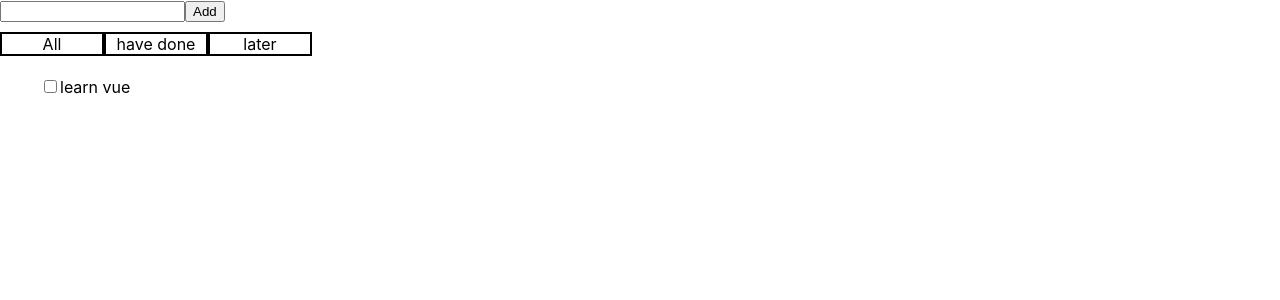
Repository: yurensmile/todolist
Page: /
These files come from the project's save history. The page is drawn as it stood at one moment and after the next save; the edit follows.
The browser window is 1280 px wide. The pictures show the whole page.
The project was rebuilt for these pictures with package versions that can differ from the ones it lists, and the page was loaded fresh each time.

Above is the page before, as saved 2019-03-18 16:02:18.

### src/App.js
import React, { Component } from 'react';
import './App.css';

class App extends Component {

  constructor(){
    super();
    this.state={
      inputValue: '',
      todos: ["learn vue"],
      checked: false
    };
  }

  handleOnClick(){
    this.setState(state =>{
      const todos = state.todos.concat(state.inputValue);
      return {
        todos,
        inputValue: ""
      }
    })
  }
  updateInputValue(e){
    this.setState({
      inputValue: e.target.value
    })
  }

  handleTodoOnclick(checked, e){
// if e.target is not text
    let box = e.target.previousSibling;
    this.setState((preState)=>{
      return {checked: !preState.checked}
    })
    if(checked){
      e.target.style.textDecoration = 'none';
      box.checked = false;
    }else{
      e.target.style.textDecoration = 'line-through';
      box.checked = true;
    }
  }
  render() {
    return (
      <div className="App">
        <input type="text" name="todo" value={this.state.inputValue} onChange={this.updateInputValue.bind(this)}/>
        <button onClick={this.handleOnClick.bind(this)}>Add</button><br/>
        <div className="choice">All</div>
        <div className="choice">have done</div>
        <div className="choice">later</div>
        <ul>
          {this.state.todos.map((item)=>{
            return (
              <div onClick={this.handleTodoOnclick.bind(this, this.state.checked)}>
                <input className="toggle" type="checkbox"/>
                <li key={item.id}>{item}</li>
              </div>
            )
          })}
        </ul>
      </div>
    );
  }
}

export default App;

### src/App.css
/* .App {
  text-align: center;
} */
ul{
  list-style-type: none;
}
li{
  display: inline-block;
  width: 100px;
  height: 40px;
  /* border: 1px solid rgba(143, 121, 121, 0.1); */
  line-height: 30px;
  height: 30px;
  margin-bottom: 4px;
}
.choice{
  margin-top: 10px;
  display: inline-block;
  width: 100px;
  text-align: center;
  border:2px solid;
}
.toggle{
  display: inline-block;
}
.App-link {
  color: #61dafb;
}

Loaded but not shown: public/index.html (common file); src/index.js (common file); src/index.css (common file); src/serviceWorker.js (common file)

After the next save:
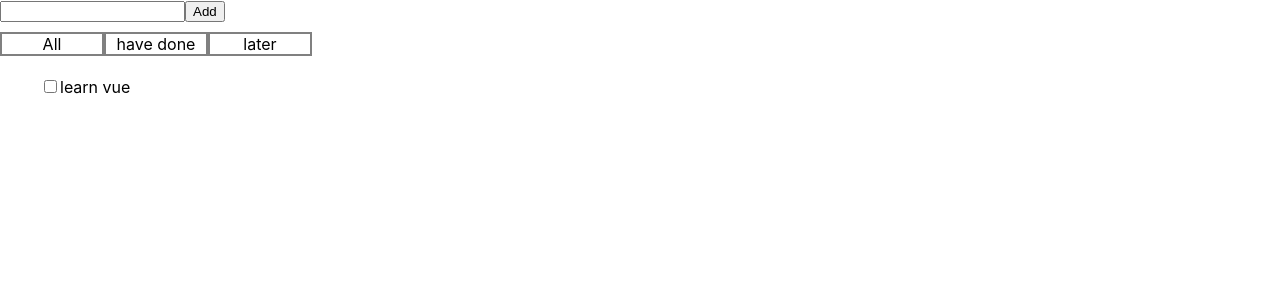
Saved 29 s later.
--- a/src/App.css
+++ b/src/App.css
@@ -18,7 +18,7 @@ li{
   display: inline-block;
   width: 100px;
   text-align: center;
-  border:2px solid;
+  border:2px solid gray;
 }
 .toggle{
   display: inline-block;
